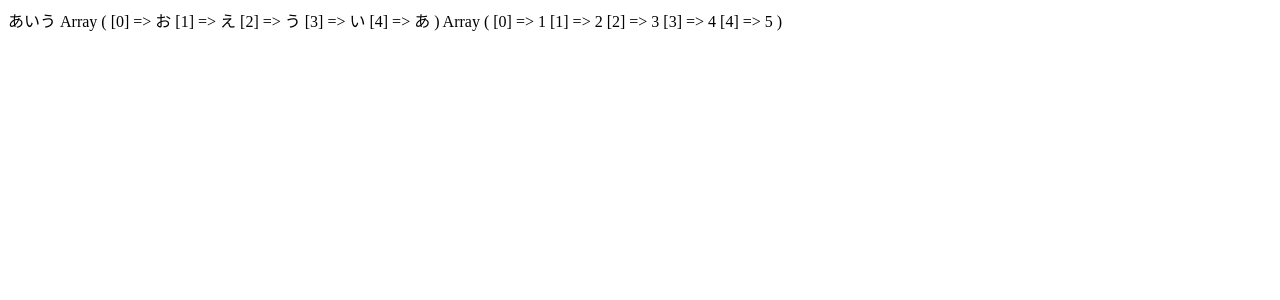
Repository: hiroaki-kitagawa/menta-php
Page: http://localhost/menta41-44.php
An editor plug-in stored every save of this project. The page is shown before and after the next save, followed by the edit.
The browser window is 1280 px wide. The pictures show the whole page.
The page is run by PHP 8.4 with error messages shown; the project is at /var/www/html/.

Above is the page before, as saved 2020-01-25 21:01:28.

After the next save:
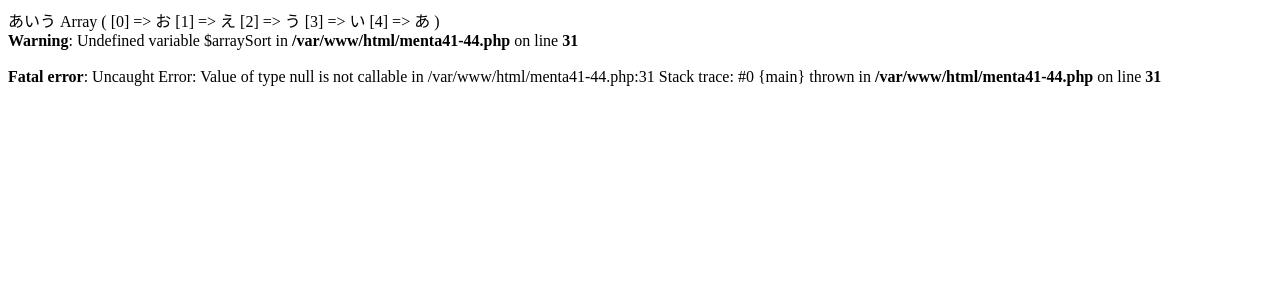
Saved 26 s later.
--- a/menta41-44.php
+++ b/menta41-44.php
@@ -28,7 +28,7 @@
 
 // テスト
 $array2 = array(1,2,3,4,5);
-arraySort($array2);
+$arraySort($array2);
 print_r($array2);
 
 

After the save that followed:
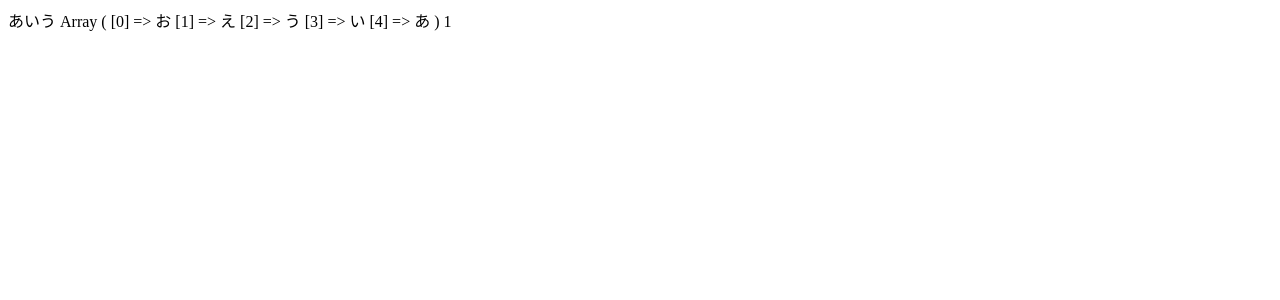
Saved 5 s later.
--- a/menta41-44.php
+++ b/menta41-44.php
@@ -28,7 +28,7 @@
 
 // テスト
 $array2 = array(1,2,3,4,5);
-$arraySort($array2);
+$array2 = arraySort($array2);
 print_r($array2);
 
 
